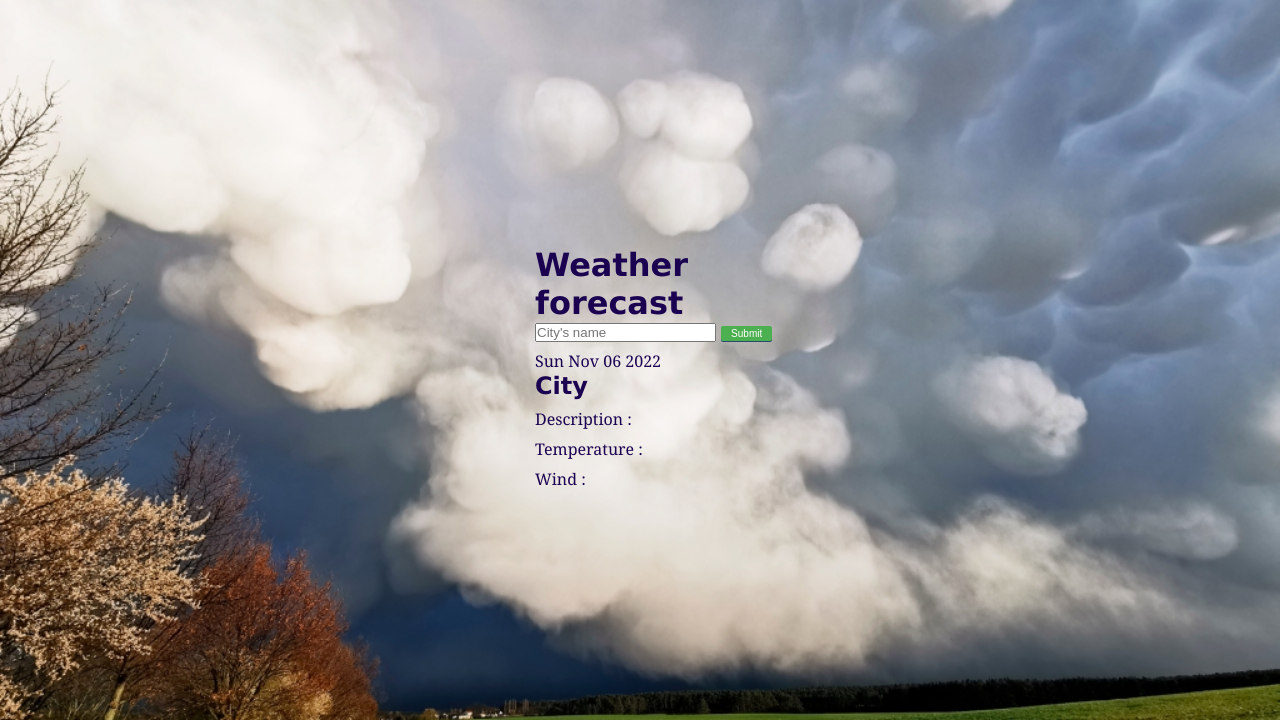
Repository: heartbreathing/searchWeather
Page: index.html
The author's editor kept a copy of each file at every save. The page is drawn from the files as they stood at one save, then again after a run of saves.
The browser window is 1280 px wide. The pictures show the whole page.

Above is the page before, as saved 2022-11-07 09:09:10.

After the next 4 saves:
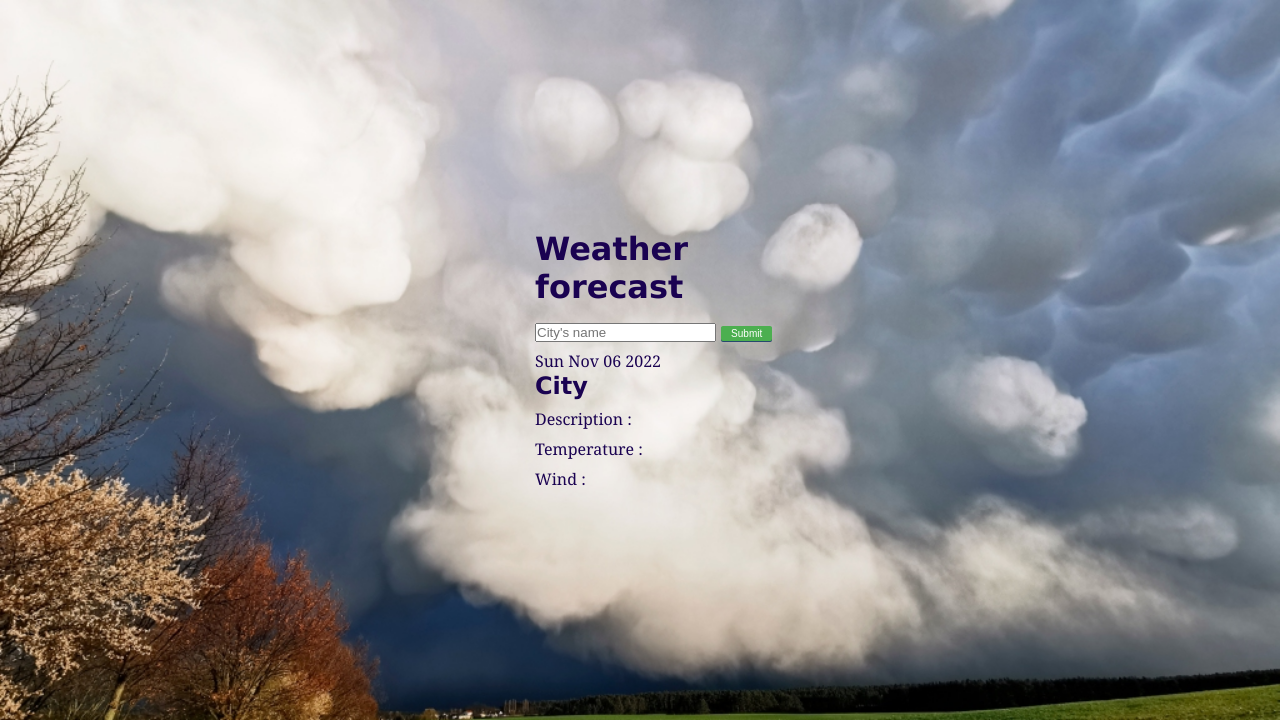
The 4 saves are shown as one change because they came seconds apart.
The last was saved 14 s later.
--- a/index.css
+++ b/index.css
@@ -21,8 +21,7 @@ body {
     row-gap: 1rem;
 }
 h1 {
-    margin-top: 1rem;
-    margin-bottom: ;
+    margin-bottom: 1rem;
 }
 .content_line {
     font-family:Cambria, Cochin, Georgia, Times, 'Times New Roman', serif ;
